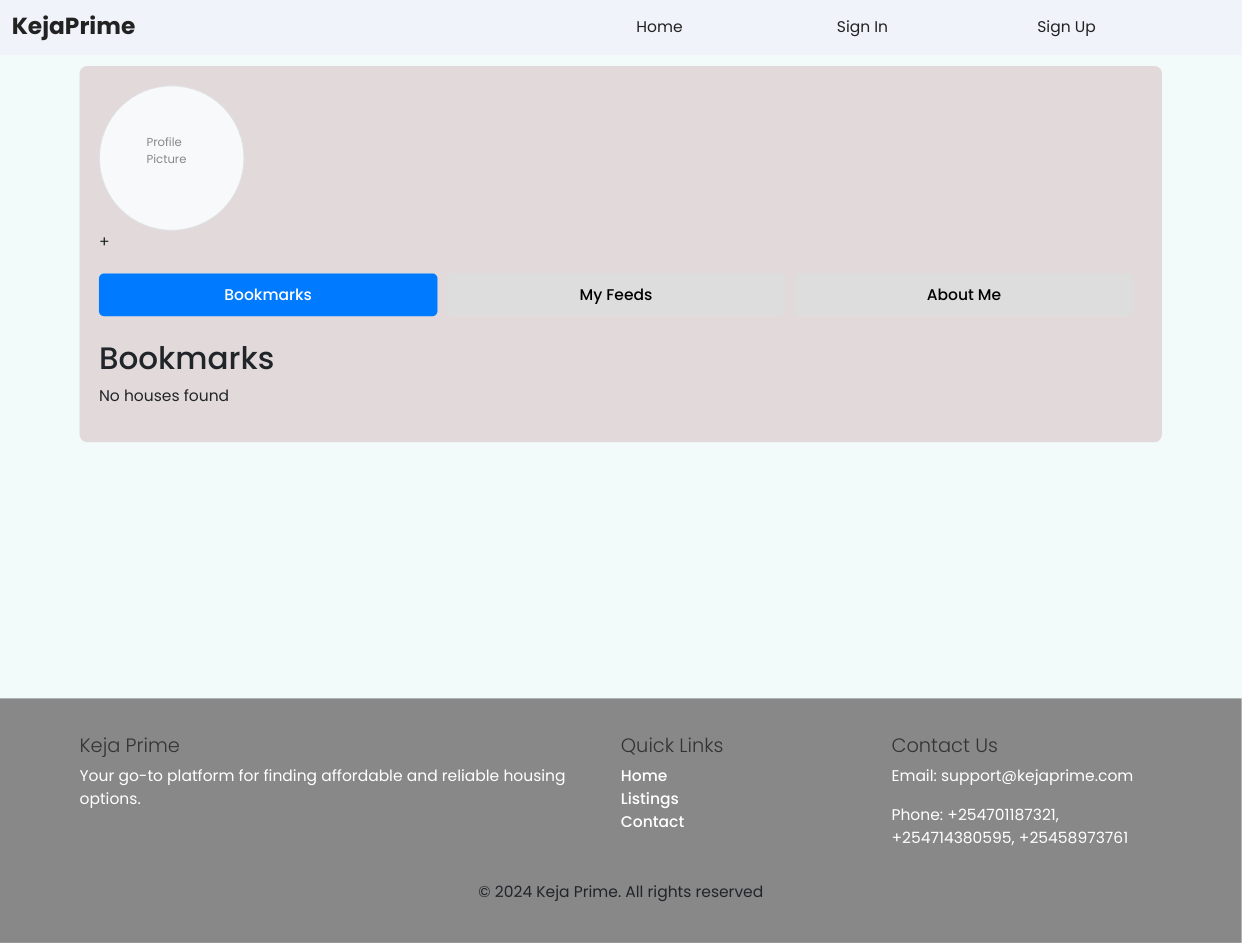
Repository: Pascal7601/kejaPrime
Page: /profile (app in frontend/)
An editor plug-in stored every save of this project. The page is shown before and after a run of saves, followed by the edit.
The browser window is 1280 px wide. The pictures show the whole page, at 97% of full size.
The page's requests for data from a server got no answer. The project was rebuilt for these pictures with package versions that can differ from the ones it lists, and the page was loaded fresh each time. No one was signed in, and anything a server would have sent is missing. Also part of the build but not shown: frontend/vite.config.js, frontend/src/styles/HeroSection.css, frontend/src/components/HeroSection.jsx, frontend/src/pages/Home.jsx, frontend/src/components/Houses.jsx, frontend/src/pages/Listings.jsx, frontend/src/styles/PostHouse.css, frontend/src/pages/PostHouse.jsx and 10 more.

Above is the page before, as saved 2024-10-22 12:16:24.

After the next 2 saves:
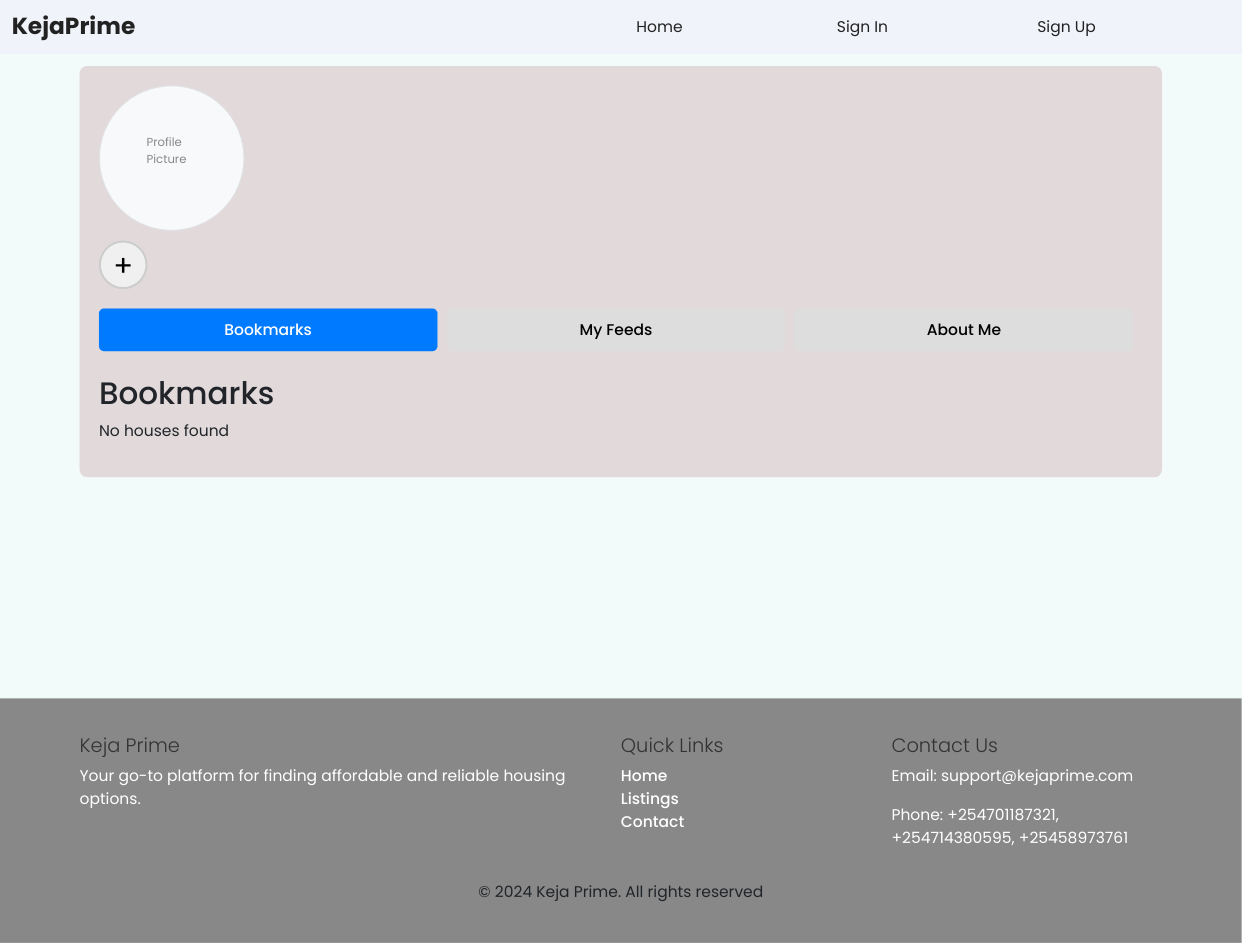
The 2 saves are shown as one change because they came seconds apart.
The last was saved 2 min 18 s later.
--- a/frontend/src/styles/Profile.css
+++ b/frontend/src/styles/Profile.css
@@ -67,6 +67,21 @@
     justify-content: center;
     font-size: 12px;
     color: #888;
+}
+
+.plus-sign-label {
+  display: inline-block;
+  width: 50px;
+  height: 50px;
+  background-color: #f0f0f0;
+  color: #000;
+  text-align: center;
+  line-height: 50px;
+  font-size: 30px;
+  border-radius: 50%;
+  cursor: pointer;
+  border: 2px solid #ccc;
+  margin-top: 10px;
 }
 
 /* Tabs */
